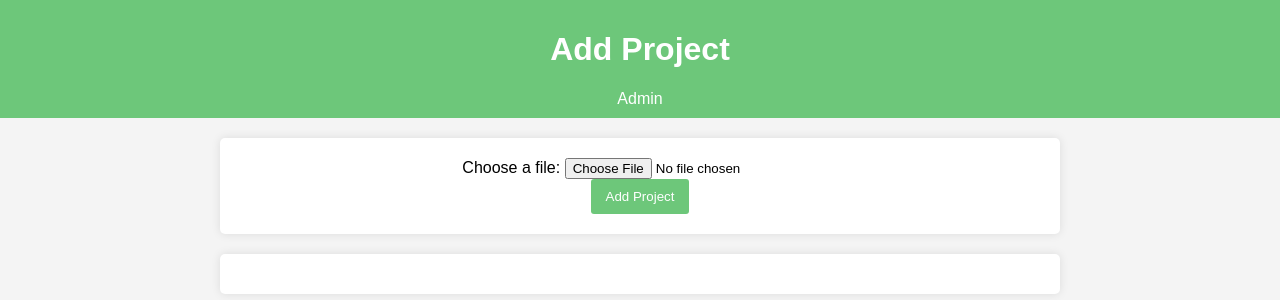
Repository: Tanmay-Kayande/Myportfolio
Page: http://localhost/myproject/project.jsp
The author's editor kept a copy of each file at every save. The page is drawn from the files as they stood at one save, then again after the next save.
The browser window is 1280 px wide. The pictures show the whole page.
The page is served by Tomcat 9. The session is filled in as if someone had signed in: {"login": "exist"}. Other server files are loaded and not shown.

Above is the page before, as saved 2024-01-24 10:59:39.

### myproject/src/main/webapp/project.jsp
<%@page import="com.pojo.Projectpojo"%>
<%@page import="java.util.ArrayList"%>
<%@page import="com.dao.ProjectDao"%>
<%
String value = (String) session.getAttribute("login");
if (value == null) {
	response.sendRedirect("login.jsp");
	return;
}
%>

<%@ page language="java" contentType="text/html; charset=UTF-8" pageEncoding="UTF-8"%>
<!DOCTYPE html>
<html lang="en">
<head>
    <meta charset="UTF-8">
    <meta name="viewport" content="width=device-width, initial-scale=1.0">
    <title>Add Project</title>
    <style>
        body {
            font-family: Arial, sans-serif;
            background-color: #f4f4f4;
            margin: 0;
            padding: 0;
            box-sizing: border-box;
            text-align: center;
        }

        header {
            background-color: #6dc77a;
            color: #fff;
            padding: 10px;
        }

        .add-project {
            max-width: 800px;
            margin: 20px auto;
            background-color: #fff;
            padding: 20px;
            box-shadow: 0 0 10px rgba(0, 0, 0, 0.1);
            border-radius: 5px;
            text-align: center;
        }

        .read-projects {
            max-width: 800px;
            margin: 20px auto;
            background-color: #fff;
            padding: 20px;
            box-shadow: 0 0 10px rgba(0, 0, 0, 0.1);
            border-radius: 5px;
            text-align: center;
        }

        .project-list {
            display: flex;
            flex-wrap: wrap;
            justify-content: space-around;
        }

        .project-item {
            width: 48%; /* Adjust the width as needed */
            margin-bottom: 20px;
        }

        .project-item img {
            max-width: 100%;
            height: auto;
            border-radius: 5px;
            box-shadow: 0 0 5px rgba(0, 0, 0, 0.1);
        }

        .project-item form {
            display: flex;
            justify-content: space-between;
            margin-top: 10px;
        }

        button {
            background-color: #6dc77a;
            color: #fff;
            padding: 10px 15px;
            border: none;
            border-radius: 3px;
            cursor: pointer;
        }

        #message-container {
            margin-top: 20px;
        }
    </style>
</head>
<body>
    <header>
        <h1>Add Project</h1>
        <a href="admin.jsp" style="color: #fff; text-decoration: none;">Admin</a>
    </header>

    <!-- Add Project Section -->
    <div class="add-project">
        <form action="Project" method="post" enctype="multipart/form-data">
            <label for="myfile">Choose a file:</label>
            <input type="file" id="myfile" name="myfile"><br>
            <button type="submit">Add Project</button>
        </form>
    </div>

    <!-- Read Project Section -->
    <div class="read-projects">
        <div class="project-list">
            <%
                ArrayList<Object> al = new ProjectDao().read();
                for(Object o:al){
                    Projectpojo p = (Projectpojo)o;
            %>
                <div class="project-item">
                    <img src="images/myprojects/<%=p.getFilename()%>" class="img-fluid" alt="project image">
                    <form action="Project" method="post">
                        <button>Update</button> <button>Delete</button>
                    </form>
                </div>
            <%
                }
            %>
        </div>
    </div>

    <div id="message-container">
        <%@include file="message.jsp" %>
    </div>
</body>
</html>

### myproject/src/main/webapp/message.jsp

<%
	String message =(String) session.getAttribute("msg");
	if(message!= null){

		if(message.equals("Message sent successfully")){
%>
		<h1 style="text-align: center; color: blue"><%=message %></h1>
<%
		}
		else{
%>
		<h1 style="text-align: center; color: red"><%=message %></h1>
<%
		}
	}
	session.removeAttribute("msg");
%>

### myproject/src/main/java/com/dao/InsertDao.java
package com.dao;

import java.util.ArrayList;

public interface InsertDao {

	public String Insert(ArrayList<Object> al);
}

### myproject/src/main/java/com/dao/ReadDao.java
package com.dao;

import java.util.ArrayList;

public interface ReadDao {

	public ArrayList<Object> read();
}

### myproject/src/main/java/com/dao/DeleteDao.java
package com.dao;

public interface DeleteDao {

	public String delete(int sn);
}

### myproject/src/main/java/com/dao/UpdateDao.java
package com.dao;

import java.util.ArrayList;

public interface UpdateDao {

	public String update(ArrayList<Object> al);
}

### myproject/src/main/java/com/dao/ProjectDao.java
package com.dao;

import java.sql.Connection;
import java.sql.PreparedStatement;
import java.sql.ResultSet;
import java.time.LocalDateTime;
import java.util.ArrayList;

import javax.servlet.http.Part;

import com.fileIO.ProjectIO;
import com.pojo.Projectpojo;

public class ProjectDao implements InsertDao, ReadDao, DeleteDao, UpdateDao  {

	private Connection connection;
	private String sql;
	private PreparedStatement prepareStatement;
	private int row;
	private String result;
	private ResultSet rs;

	@SuppressWarnings("finally")
	@Override
	public String Insert(ArrayList<Object> al) {

		try {

			String filename = (String) al.get(0);
			String formatname = format(filename);

			connection = ConnectionFactory.getConnection();
			connection.setAutoCommit(false);
			sql = "insert into project(filename) value (?)";
			prepareStatement = connection.prepareStatement(sql);
			prepareStatement.setString(1, formatname);
			row = prepareStatement.executeUpdate();
			if(row == 1) {
				boolean write = new ProjectIO().write(formatname,(Part) al.get(1));
				if(write==true) {

					connection.commit();
					result = "inserted";
				}
				else {
					connection.rollback();
					result = "failed";
				}
			}

		} catch (Exception e) {
			result = "failed";
			e.printStackTrace();
		} finally {

			return result;
		}
	}

	private String format(String filename) {

		String formatfilename = LocalDateTime.now().toString() + filename;
		String[] split = formatfilename.split(":");
		return split[0] + split[1] + split[2];

	}

	@SuppressWarnings("finally")
	@Override
	public ArrayList<Object> read() {

		ArrayList<Object> al = new ArrayList<>();
		try {

			connection = ConnectionFactory.getConnection();
			sql = "select * from project";
			prepareStatement = connection.prepareStatement(sql);
			rs = prepareStatement.executeQuery();
			while(rs.next()) {

				Projectpojo p = new Projectpojo(rs.getInt("sn"),rs.getString("filename"));
				al.add(p);
			}

		} catch (Exception e) {

			e.printStackTrace();
		}
		finally {

			return al;
		}

	}

	@SuppressWarnings("finally")
	public int count() {

		int no_of_projects = 0;
		try {
			connection = ConnectionFactory.getConnection();
			sql = "select count(*) as count from project";
			prepareStatement = connection.prepareStatement(sql);
			rs = prepareStatement.executeQuery();
			rs.next();
			no_of_projects = rs.getInt("count");

		} catch (Exception e) {
			e.printStackTrace();
		}
		finally {

			return no_of_projects;
		}

}

	@SuppressWarnings("finally")
	@Override
	public String delete(int sn) {

		try {

			connection = ConnectionFactory.getConnection();
			sql = "delete from project where sn = ?";
			prepareStatement = connection.prepareStatement(sql);
			prepareStatement.setInt(1, sn);
			row = prepareStatement.executeUpdate();
			if(row==1) {
				result = "deleted";
			}

		} catch (Exception e) {
			result = "failed";
			e.printStackTrace();
		}
		finally {

			return result;
		}
	}

	@SuppressWarnings("finally")
	@Override
	public String update(ArrayList<Object> al) {

		String filename = (String) al.get(3);
		String formatname = format(filename);
		try {
			connection = ConnectionFactory.getConnection();
			connection.setAutoCommit(false);
			sql = "update project set filename =? where sn =?";
			prepareStatement = connection.prepareStatement(sql);
			prepareStatement.setString(1, formatname);
			prepareStatement.setInt(2, (int) al.get(2));
			row = prepareStatement.executeUpdate();

			if(row == 1) {
				boolean update = new ProjectIO().update(formatname,(Part) al.get(1));
				if(update==true) {

					connection.commit();
					result = "updated";
				}
				else {
					connection.rollback();
					result = "failed";
				}
			}

		} catch (Exception e) {
			e.printStackTrace();
		}
		finally {

			return result;
		}
	}
}

### myproject/src/main/java/com/dao/ConnectionFactory.java
package com.dao;

import java.sql.Connection;

import com.mysql.cj.jdbc.MysqlDataSource;

public class ConnectionFactory {

	private static Connection connection;
	@SuppressWarnings("finally")
	public static Connection getConnection() {
		try {

			MysqlDataSource mysql = new MysqlDataSource();
			mysql.setUrl("jdbc:mysql://localhost:3306/myportfolio");
			mysql.setUser("root");
			mysql.setPassword("pass");

			connection = mysql.getConnection();


		} catch (Exception e) {

			e.printStackTrace();
		}
		finally {
			return connection;
		}

	}


}

After the next save:
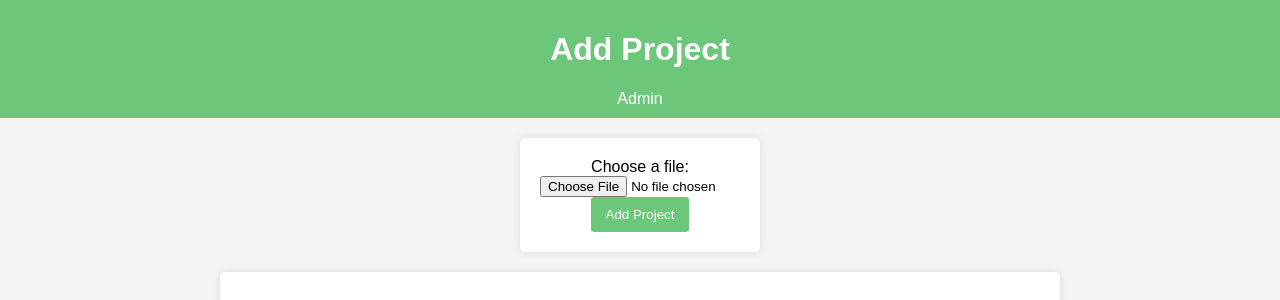
Saved 37 s later.
--- a/myproject/src/main/webapp/project.jsp
+++ b/myproject/src/main/webapp/project.jsp
@@ -33,7 +33,7 @@ if (value == null) {
         }
 
         .add-project {
-            max-width: 800px;
+            max-width: 200px;
             margin: 20px auto;
             background-color: #fff;
             padding: 20px;
